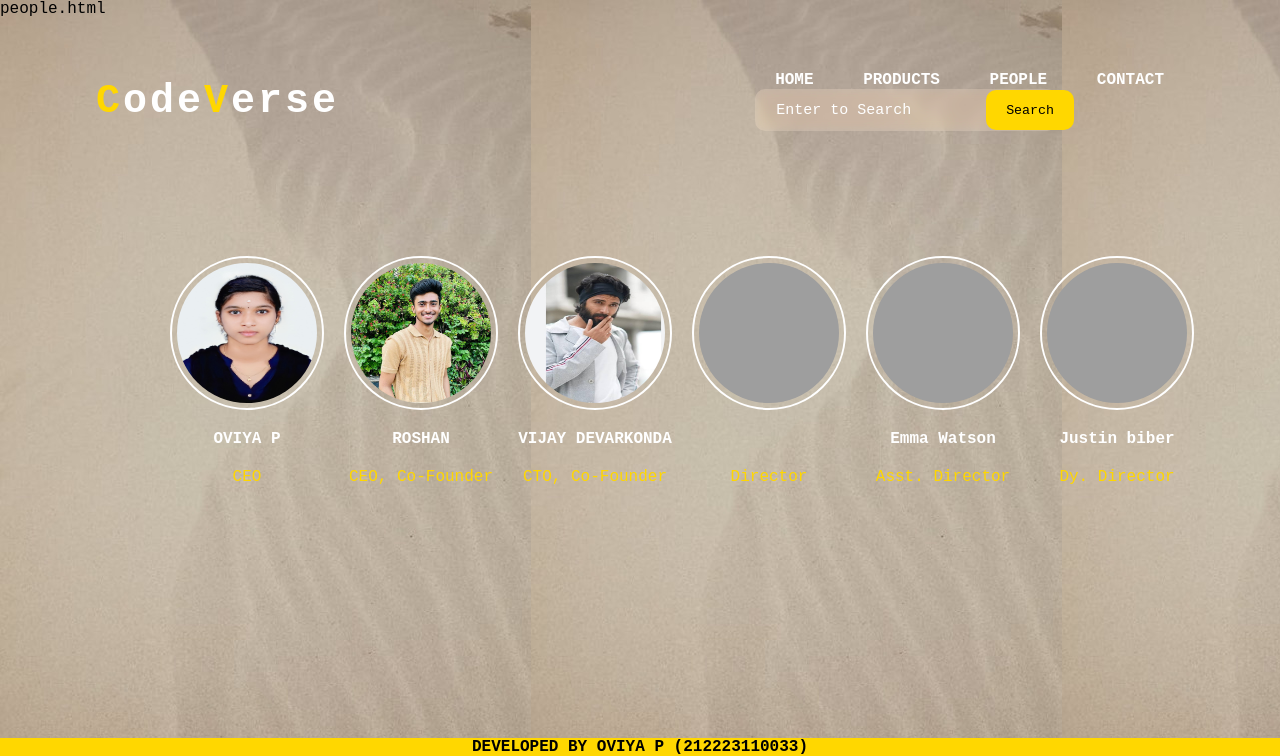
Repository: Oviya24032K6/softweb
Page: oviya/softapp/static/people.html
The author's editor kept a copy of each file at every save. The page is drawn from the files as they stood at one save, then again after the next save.
The browser window is 1280 px wide. The pictures show the whole page.
Pictures or frames that could not be fetched are drawn as grey boxes.

Above is the page before, as saved 2024-04-27 14:12:45.

After the next save:
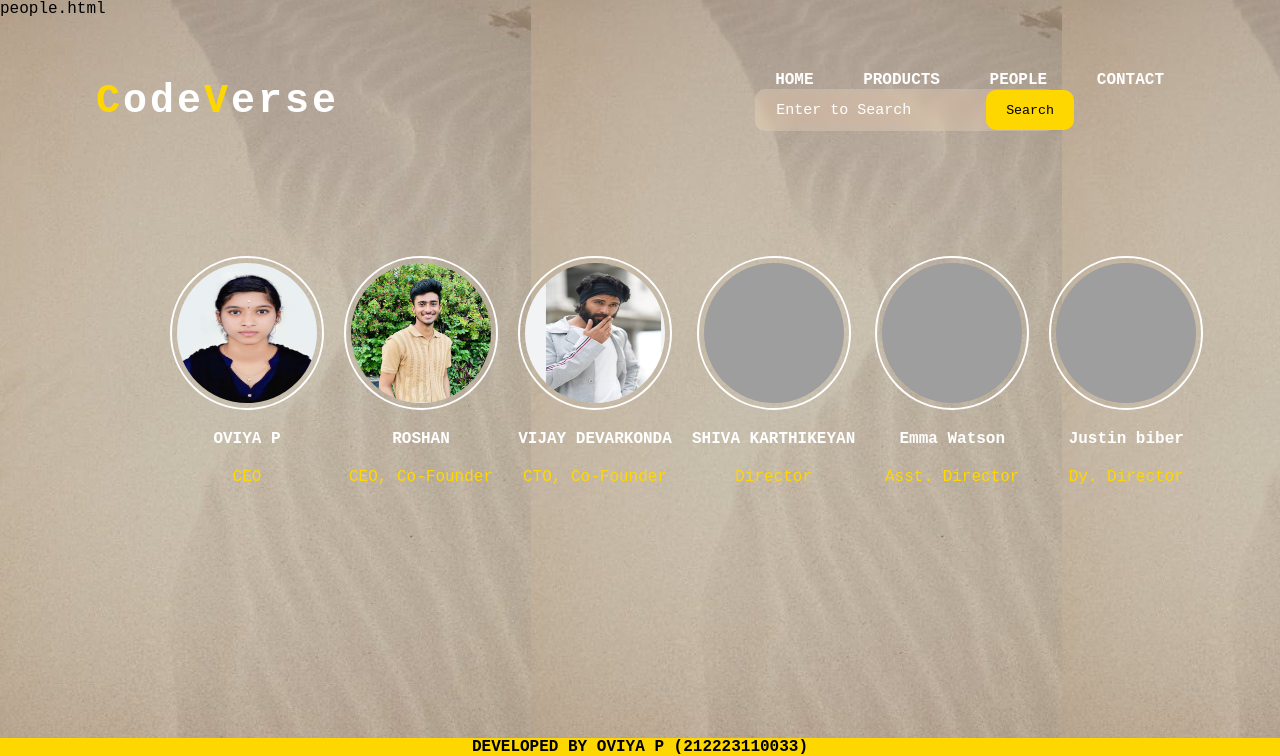
Saved 9 s later.
--- a/oviya/softapp/static/people.html
+++ b/oviya/softapp/static/people.html
@@ -140,7 +140,7 @@
                     <th> OVIYA P</th>
                     <th> ROSHAN</th>
                     <th> VIJAY DEVARKONDA</th>
-                    <th> </th>
+                    <th> SHIVA KARTHIKEYAN</th>
                     <th> Emma Watson</th>
                     <th> Justin biber </th>
                 </tr>
